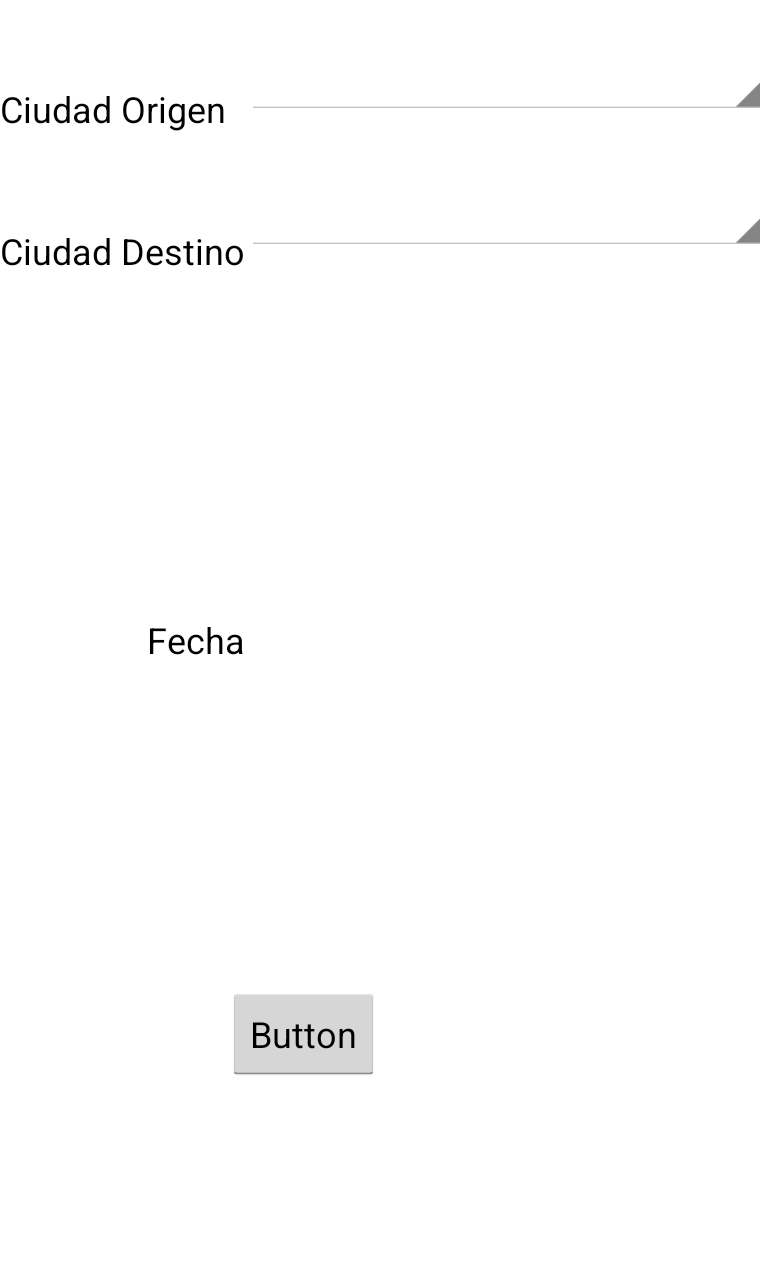
Repository: fmora/ProyectoMultimedios
Layout: MainActivity/MainActivity/res/layout/search_travel.xml
These files come from the project's save history. The layout is drawn as it stood at one moment and after the next save; the edit follows.
It is drawn on a 768 x 1280 px phone screen (xhdpi) without system bars, with theme AppTheme; the app's code is not run.

Above is the layout before, as saved 2013-12-19 19:25:04.

### MainActivity/MainActivity/res/layout/search_travel.xml
<?xml version="1.0" encoding="utf-8"?>
<RelativeLayout xmlns:android="http://schemas.android.com/apk/res/android"
    android:layout_width="match_parent"
    android:layout_height="match_parent"
    android:orientation="vertical" >

    <Spinner
        android:id="@+id/spinner1"
        android:layout_width="match_parent"
        android:layout_height="wrap_content"
        android:layout_alignLeft="@+id/spinner2"
        android:layout_alignParentTop="true"
        android:layout_marginTop="26dp" />

    <Spinner
        android:id="@+id/spinner2"
        android:layout_width="match_parent"
        android:layout_height="wrap_content"
        android:layout_alignParentRight="true"
        android:layout_below="@+id/spinner1"
        android:layout_marginTop="36dp"
        android:layout_toRightOf="@+id/textView2" />

    <TextView
        android:id="@+id/textView1"
        android:layout_width="wrap_content"
        android:layout_height="wrap_content"
        android:layout_alignParentLeft="true"
        android:layout_alignTop="@+id/spinner1"
        android:layout_marginTop="16dp"
        android:text="@string/es_source"
        android:textAppearance="?android:attr/textAppearanceMedium" />

    <TextView
        android:id="@+id/textView2"
        android:layout_width="wrap_content"
        android:layout_height="wrap_content"
        android:layout_alignParentLeft="true"
        android:layout_alignTop="@+id/spinner2"
        android:layout_marginTop="19dp"
        android:text="@string/es_destination"
        android:textAppearance="?android:attr/textAppearanceMedium" />

    <Button
        android:id="@+id/button1"
        android:layout_width="wrap_content"
        android:layout_height="wrap_content"
        android:layout_alignParentBottom="true"
        android:layout_marginBottom="99dp"
        android:layout_toRightOf="@+id/textView1"
        android:text="Button" />

    <TextView
        android:id="@+id/TextView01"
        android:layout_width="wrap_content"
        android:layout_height="wrap_content"
        android:layout_centerVertical="true"
        android:layout_toLeftOf="@+id/spinner2"
        android:text="@string/es_date"
        android:textAppearance="?android:attr/textAppearanceMedium" />

</RelativeLayout>

### MainActivity/MainActivity/res/values/strings.xml
<?xml version="1.0" encoding="utf-8"?>
<resources>

    <string name="app_name">Carpooling</string>
    <string name="action_settings">Settings</string>
    <string name="hello_world">Hello world!</string>
    <string name="es_registerTravel">Por favor llenar los siguientes campos respecto a la información relativa a su viaje.</string>
    <string name="es_source">Ciudad Origen</string>
    <string name="es_destination">Ciudad Destino</string>
    <string name="es_date">Fecha</string>
    <string name="es_hour">Hora</string>
    <string name="es_sourcePoint">Punto de Partida</string>
    <string name="es_sourcePointGPS">Punto de Partida GPS</string>
    <string name="es_destinationPoint">Punto de Llegada</string>
    <string name="es_destinationPointGPS">Punto de Llegada GPS</string>
    <string name="es_register">Registrar</string>
    <string name="es_cancel">Cancelar</string>
    <string name="title_activity_register_travel">Registro de Viaje</string>
    <string name="es_registring">Registrando</string>
    <string name="es_canceling">Cancelado</string>
    <string name="es_finish">Finalizado</string>
    <string name="es_registered">Registrado</string>
    <string name="es_loaded">Datos Cargados</string>
    <string name="name">user</string>
    <string name="pass">pass</string>
    <string name="error_message">Usuario y contraseña incorrectos, por favor ingrese nuevamente.</string>
    <string name="title_activity_search__travel">Search_Travel</string>
    <string name="title_activity_search_travel">SearchTravel</string>

</resources>

Loaded but not shown: MainActivity/MainActivity/res/values/styles.xml (common file); MainActivity/MainActivity/res/values-v11/styles.xml (common file); MainActivity/MainActivity/res/values-v14/styles.xml (common file)

After the next save:
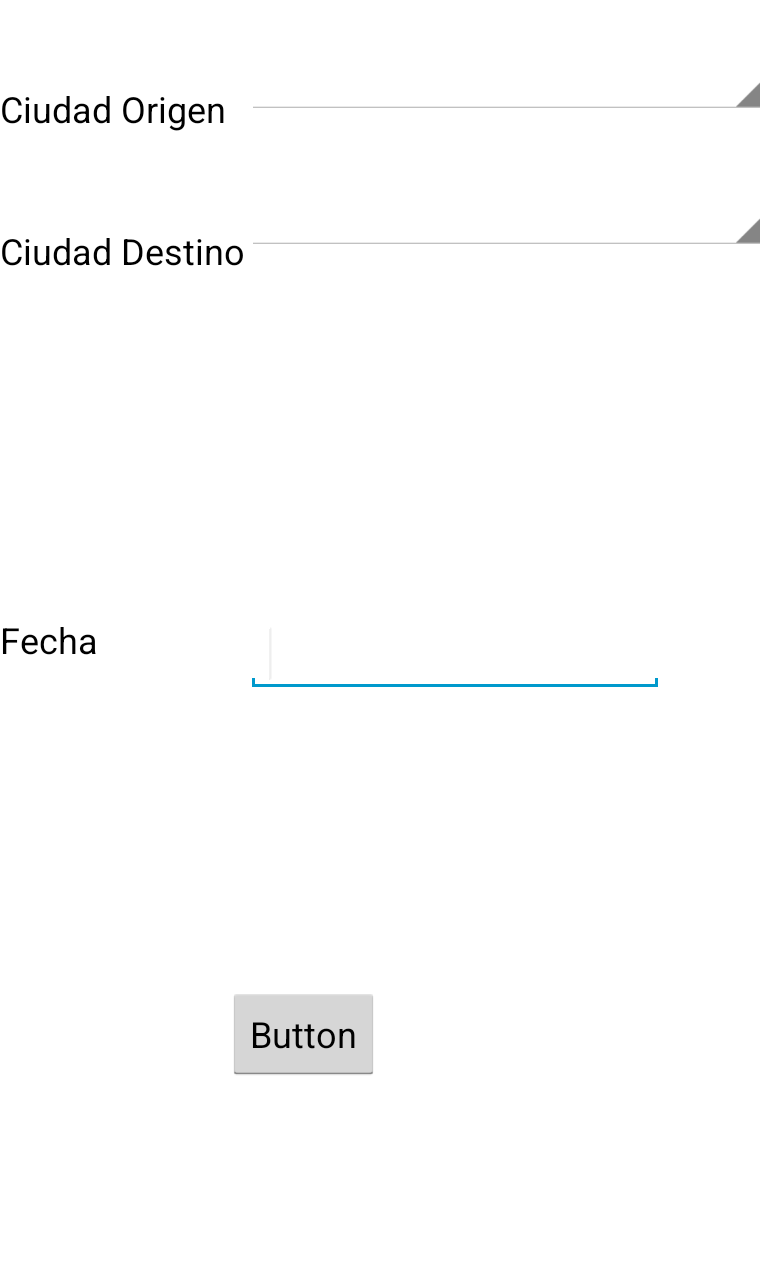
Saved 27 s later.
--- a/MainActivity/MainActivity/res/layout/search_travel.xml
+++ b/MainActivity/MainActivity/res/layout/search_travel.xml
@@ -50,12 +50,23 @@
         android:layout_toRightOf="@+id/textView1"
         android:text="Button" />
 
+    <EditText
+        android:id="@+id/editText1"
+        android:layout_width="wrap_content"
+        android:layout_height="wrap_content"
+        android:layout_alignLeft="@+id/spinner2"
+        android:layout_alignTop="@+id/TextView01"
+        android:ems="10" >
+
+        <requestFocus />
+    </EditText>
+
     <TextView
         android:id="@+id/TextView01"
         android:layout_width="wrap_content"
         android:layout_height="wrap_content"
+        android:layout_alignParentLeft="true"
         android:layout_centerVertical="true"
-        android:layout_toLeftOf="@+id/spinner2"
         android:text="@string/es_date"
         android:textAppearance="?android:attr/textAppearanceMedium" />
 
